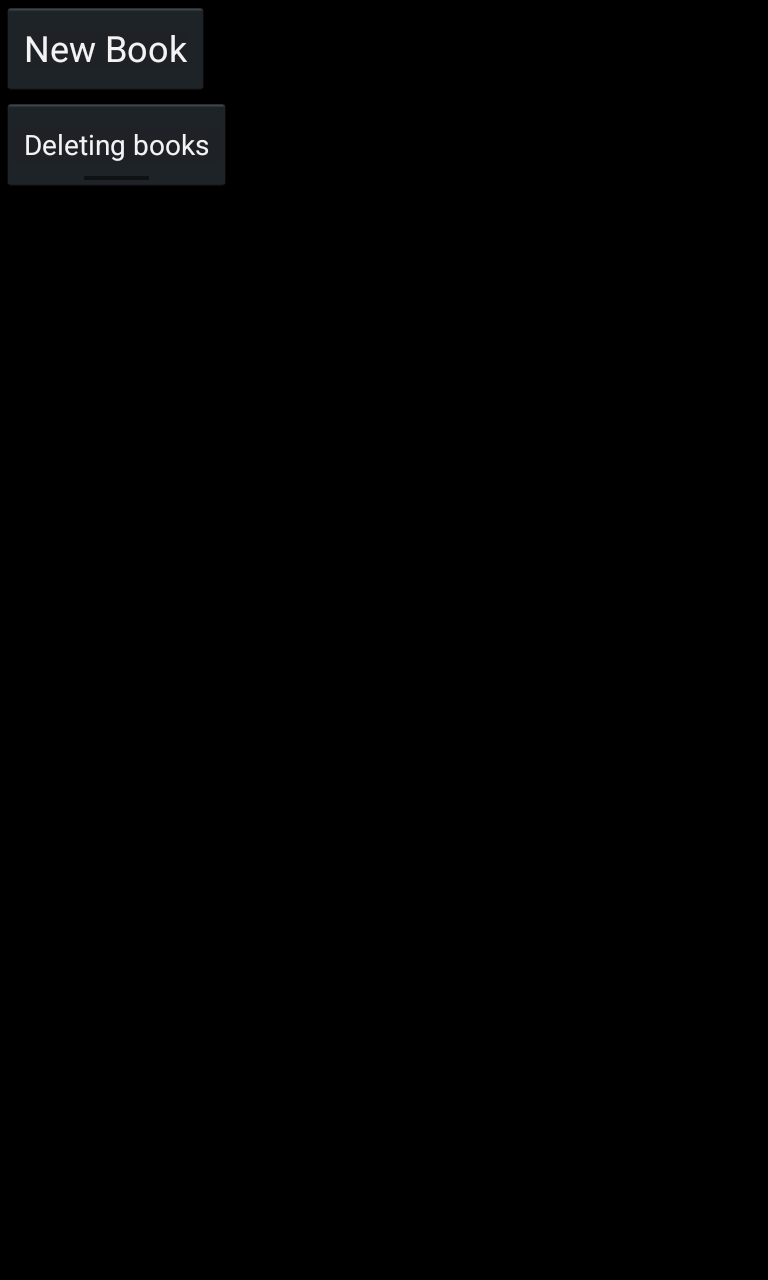
Repository: ringe/andra
Layout: Bookie/res/layout/list.xml
An editor plug-in stored every save of this project. The layout is shown before and after the next save, followed by the edit.
It is drawn on a 768 x 1280 px phone screen (xhdpi) without system bars, with theme android:Theme.Holo; the app's code is not run. Lists and similar views that code fills are empty.

Above is the layout before, as saved 2012-02-29 09:35:57.

### Bookie/res/layout/list.xml
<?xml version="1.0" encoding="utf-8"?>
<LinearLayout xmlns:android="http://schemas.android.com/apk/res/android"
    android:layout_width="fill_parent"
    android:layout_height="fill_parent"
    android:orientation="vertical" >

    <Button
        android:id="@+id/newbook"
        android:layout_width="wrap_content"
        android:layout_height="wrap_content"
        android:text="New Book" />

    <ToggleButton
        android:id="@+id/deletebook"
        android:layout_width="wrap_content"
        android:layout_height="wrap_content"
        android:text="Delete Books"
        android:textOn="Delete books"
        android:textOff="Deleting books"/>

    <ListView
        android:id="@+id/booklist"
        android:layout_width="match_parent"
        android:layout_height="wrap_content" >
    </ListView>

</LinearLayout>

After the next save:
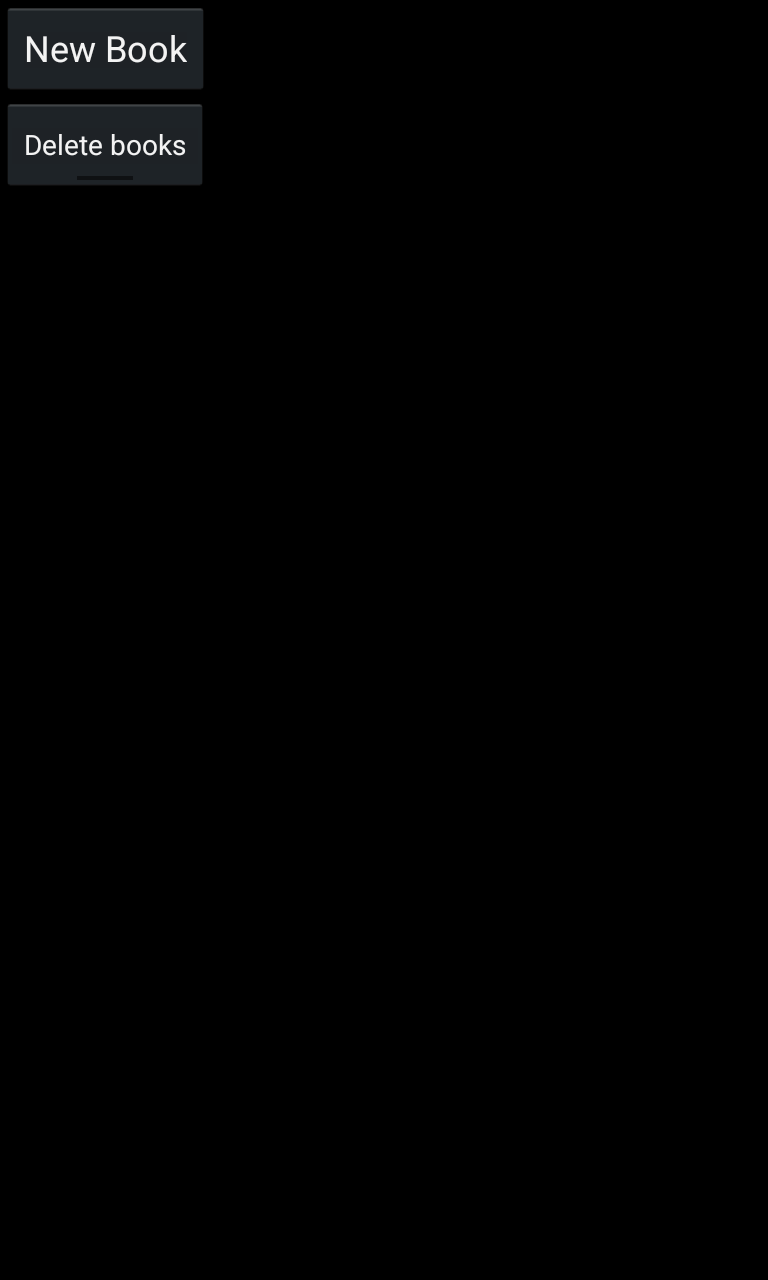
Saved 73 s later.
--- a/Bookie/res/layout/list.xml
+++ b/Bookie/res/layout/list.xml
@@ -15,8 +15,8 @@
         android:layout_width="wrap_content"
         android:layout_height="wrap_content"
         android:text="Delete Books"
-        android:textOn="Delete books"
-        android:textOff="Deleting books"/>
+        android:textOff="Delete books"
+        android:textOn="Deleting books"/>
 
     <ListView
         android:id="@+id/booklist"
